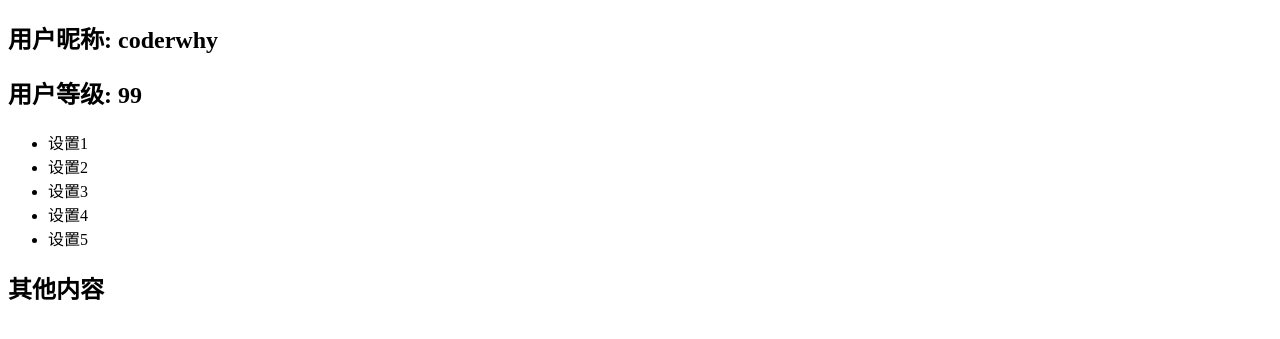
Repository: Hminister/learnReact
Page: /
An editor plug-in stored every save of this project. The page is shown before and after a run of saves, followed by the edit.
The browser window is 1280 px wide. The pictures show the whole page.
The project was rebuilt for these pictures with package versions that can differ from the ones it lists, and the page was loaded fresh each time. Also part of the build but not shown: src/tabcontrl.css.

Above is the page before, as saved 2020-08-20 17:56:33.

After the next 3 saves:
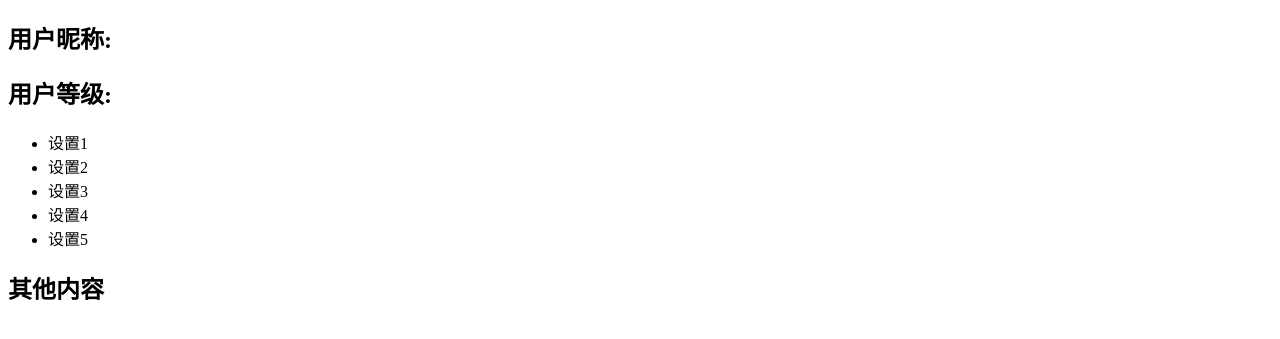
The 3 saves are shown as one change because they came seconds apart.
The last was saved 45 s later.
--- a/src/app.js
+++ b/src/app.js
@@ -1,7 +1,6 @@
 import React, { Component } from 'react';
 
 const UserContext = React.createContext({ nickname: "默认", level: -1 })
-
 function ProfileHeader (props) {
     return (
         <div>
@@ -43,7 +42,9 @@ export default class App extends Component {
         const props = { nickname, level }
         return (
             <div>
-                <Profile {...props} />
+                <UserContext.Provider>
+                    <Profile />
+                </UserContext.Provider>
                 <h2>其他内容</h2>
             </div>
         )
